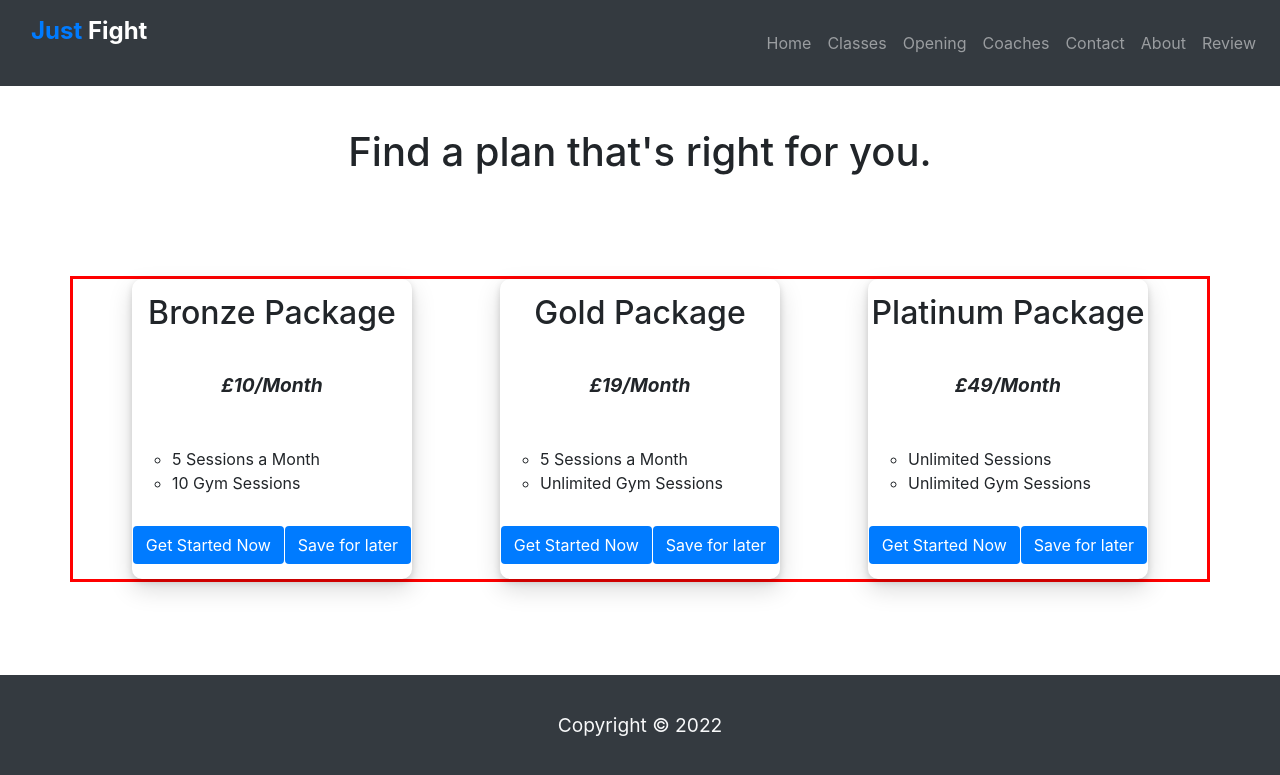
Repository: IonPara/Just-Fight
Page: plans.html
An editor plug-in stored every save of this project. The page is shown before and after the next save, followed by the edit.
The browser window is 1280 px wide. The pictures show the whole page.
Some web libraries are served in a nearby version.

Above is the page before, as saved 2023-03-13 16:31:12.

### plans.html
<!DOCTYPE html>
<html lang="en">

<head>
  <meta charset="utf-8">
  <meta name="viewport" content="width=device-width, initial-scale=1.0">
  <title>Join Club</title>
  <link href="./Styles/plans.css" rel="stylesheet" type="text/css">
  <!-- Bootstrap link -->
  <link rel="stylesheet" href="https://cdn.jsdelivr.net/npm/bootstrap@4.2.1/dist/css/bootstrap.min.css"
    integrity="sha384-GJzZqFGwb1QTTN6wy59ffF1BuGJpLSa9DkKMp0DgiMDm4iYMj70gZWKYbI706tWS" crossorigin="anonymous">
</head>

<body>
  <header>
    <!-- ------------Nav bar ------------------------>
    <nav class="navbar navbar-expand-lg navbar-dark bg-dark fixed-top">
      <div class="container pb-4">
        <a class="navbar-brand " id="brand" href="./index.html"><span class="text-primary">Just </span> Fight</a>
        <button class="navbar-toggler" type="button" data-toggle="collapse" data-target="#navbarSupportedContent"
          aria-controls="navbarSupportedContent" aria-expanded="false" aria-label="Toggle navigation">
          <span class="navbar-toggler-icon"></span>
        </button>
      </div>

      <div class="collapse navbar-collapse" id="navbarSupportedContent">
        <ul class="navbar-nav justify-content-end">
          <li class="nav-item">
            <a class="nav-link" href="./index.html">Home</a>
          </li>
          <li class="nav-item">
            <a class="nav-link" href="./index.html#ourClasses">Classes</a>
          </li>
          <li class="nav-item">
            <a class="nav-link" href="./index.html#openingHours">Opening</a>
          </li>
          <li class="nav-item">
            <a class="nav-link" href="./index.html#coaches">Coaches</a>
          </li>
          <li class="nav-item">
            <a class="nav-link" href="./index.html#contact">Contact</a>
          </li>
          <li class="nav-item">
            <a class="nav-link" href="./about.html">About</a>
          </li>
          <li class="nav-item">
            <a class="nav-link" href="./review.html">Review</a>
          </li>

        </ul>
      </div>
    </nav>
  </header>

  <!-- Plans -->
  <section class="pricing-table">
    <div class="head text-center">
      <h1 class="plans-title pt-5">Find a plan that's right for you.</h1>
    </div>
    <!-- First Box -->
    <div class="mt-5">
      <ul class="container plans">
        <li class="package">
          <h2 class="table-header">Bronze Package</h2>
          <p class="pricing text-center">£10/Month</p>
          <ul class="table-option">
            <li>5 Sessions a Month</li>
            <li>10 Gym Sessions</li>
          </ul>

          <div class="d-flex buttons-container">
            <button type="button" class="btn  bg-primary text-white">Get Started Now</button>
            <button type="button" class="bronze btn bg-primary text-white save-for-later">Save for later</button>
          </div>
        </li>

        <!-- Second -->
        <li class="package ">
          <h2 class="table-header">Gold Package</h2>
          <p class="pricing text-center">£19/Month</p>
          <ul class="table-option">
            <li>5 Sessions a Month</li>
            <li>Unlimited Gym Sessions</li>
          </ul>

          <div class="d-flex buttons-container">
            <button type="button" class=" btn  bg-primary text-white">Get Started Now</button>
            <button type="button" class=" gold btn bg-primary text-white save-for-later">Save for later</button>
          </div>
        </li>

        <!-- Third Box -->
        <li class="package ">
          <h2 class="table-header">Platinum Package</h2>
          <p class="pricing text-center">£49/Month</p>
          <ul class="options">
            <li>Unlimited Sessions</li>
            <li>Unlimited Gym Sessions</li>
          </ul>

          <div class="d-flex buttons-container">
            <button type="button" class="btn  bg-primary text-white">Get Started Now</button>
            <button type="button" class=" platinum btn bg-primary text-white save-for-later">Save for later</button>
          </div>
        </li>

      </ul>
    </div>
  </section>
  <!-- Footer -->
  <footer class="bg-dark text-center text-light mt-5">
    <p>Copyright &copy; 2022</p>
  </footer>
  <script defer src="./Js/plans.js"></script>
  <script src="https://code.jquery.com/jquery-3.3.1.slim.min.js"
    integrity="sha384-q8i/X+965DzO0rT7abK41JStQIAqVgRVzpbzo5smXKp4YfRvH+8abtTE1Pi6jizo"
    crossorigin="anonymous"></script>
  <script src="https://cdn.jsdelivr.net/npm/popper.js@1.14.6/dist/umd/popper.min.js"
    integrity="sha384-wHAiFfRlMFy6i5SRaxvfOCifBUQy1xHdJ/yoi7FRNXMRBu5WHdZYu1hA6ZOblgut"
    crossorigin="anonymous"></script>
  <script src="https://cdn.jsdelivr.net/npm/bootstrap@4.2.1/dist/js/bootstrap.min.js"
    integrity="sha384-B0UglyR+jN6CkvvICOB2joaf5I4l3gm9GU6Hc1og6Ls7i6U/mkkaduKaBhlAXv9k"
    crossorigin="anonymous"></script>
  <script src="https://unpkg.com/swup@latest/dist/swup.min.js"></script>
</body>

</html>

### Styles/plans.css

#brand {
  font-size: 1.5rem;
  font-weight: bolder;
}

.container {
  display: flex;
  justify-content: space-around;
  list-style: none;
}

.plans {
  margin-top: 100px;
  width: 100%;
  border: solid red;
}

 .pricing-table {
  margin-top: 5rem;
  height: 76vh;
}

/* ------------Package boxes ----------------*/
.package {
  box-shadow: 0 10px 25px 0 rgb(0 0 0 / 15%), 0 3px 7px 0 rgb(0 0 0 / 15%);
  width: 280px;
  height: 300px;
  display: flex;
  flex-direction: column;
  justify-content: space-around;
  border-radius: 10px;

}

h2 {
  text-align: center;
}

.package .pricing {
  font-size: larger;
  font-weight: bold;
  font-style: italic;
}

.package:hover {
  -webkit-transform: scale(0.5);
   transform: scale(1.05);
}

/*----------------- Footer---------------------- */
footer p {
  padding: 5vh 0;
  margin-bottom: 0;
  font-size: larger;
  height: 100px;
}

.buttons-container {
  justify-content: space-evenly;
}

/* Media Screen */
@media screen and (max-width:768px) {

  .plans-title {
    font-size: 2rem;
  }
  .container {
    display: block;
  }

  .package {
    margin-top: 10px;
    width: 100%;
    height: 200px;
  }

  .pricing-table {
    height: 90vh;
  }
}

### Js/plans.js

// Select all of the buttons
const saveBtn = document.querySelectorAll('.save-for-later');

let bronze = true;
let gold = true;
let platinum = true;

// Create an event listener for each button
saveBtn.forEach(element => {
    element.addEventListener('click', (event) => {
        const package = event.target.classList[0];

        // Create a function that will set the items from the local storage to true
            // It will take 2 arguments "string" and "item"
            // If the first class name of the event's target is equal "string"
            // Find it on localStorage and set equal to "item"
        const setItems = (string, item) => {
            if(package === string) {
                localStorage.setItem(package, JSON.stringify(item))
            }
        }

        // Called the function with all 3 values
        setItems('bronze', bronze);
        setItems('gold', gold);
        setItems('platinum', platinum);

        // Create an alert that the package was successfully added
        alert('The package was successfully saved!')
    })
});

After the next save:
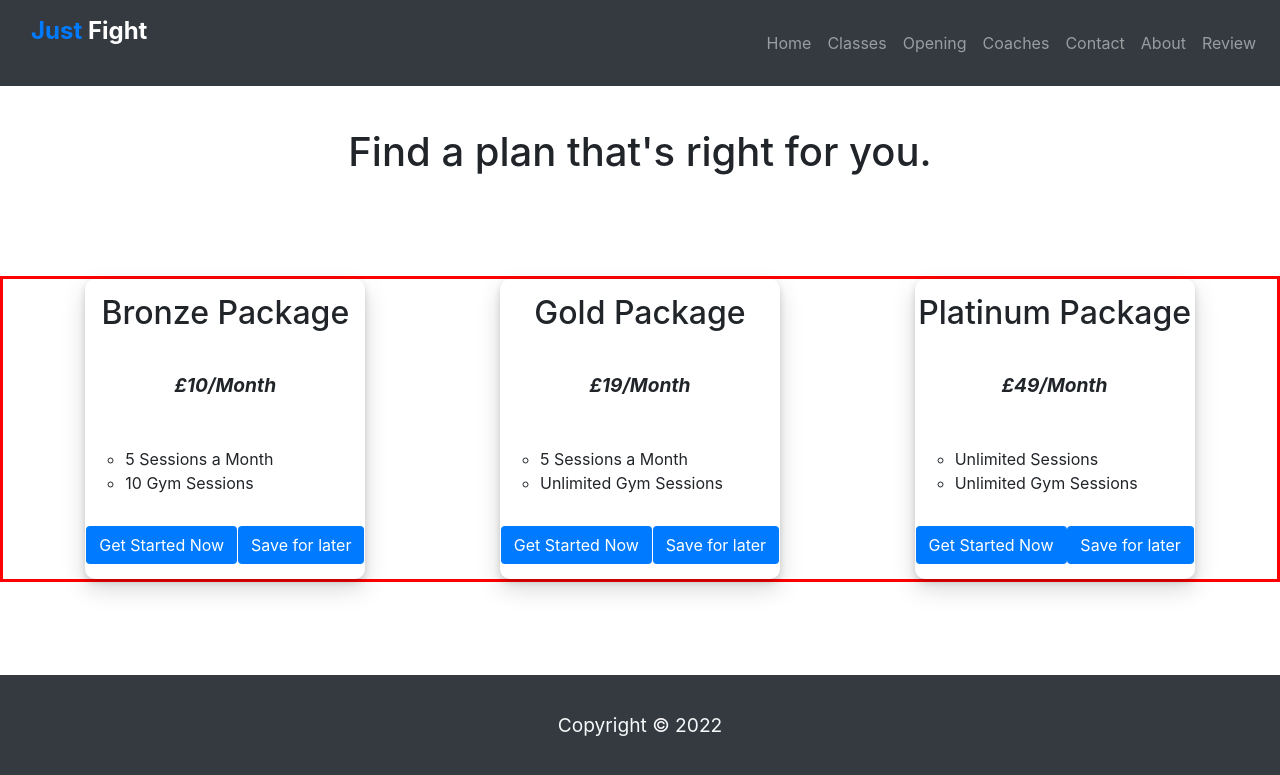
Saved 9 s later.
--- a/Styles/plans.css
+++ b/Styles/plans.css
@@ -12,7 +12,7 @@
 
 .plans {
   margin-top: 100px;
-  width: 100%;
+  min-width: 100%;
   border: solid red;
 }
 
